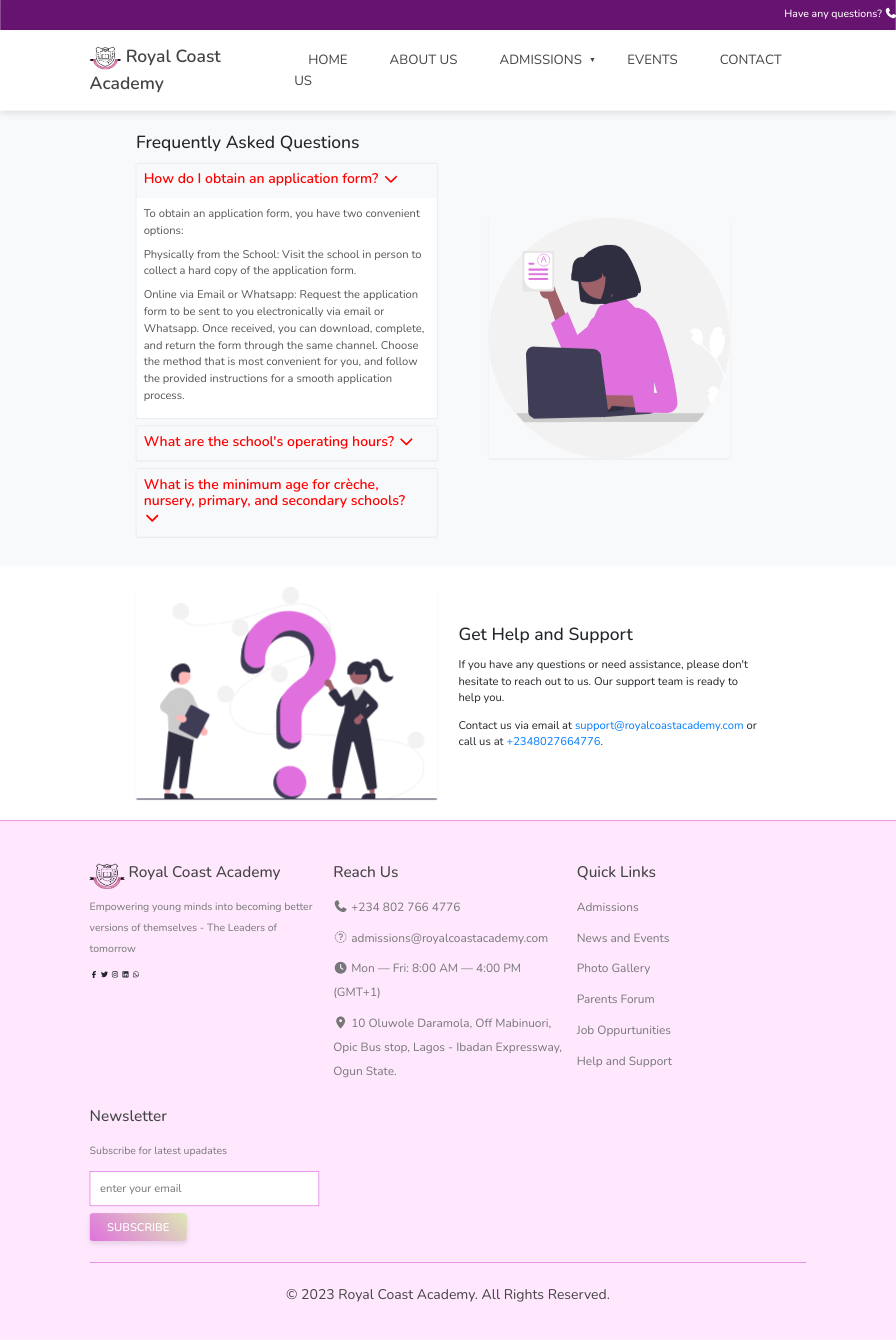
Repository: AdeniranZion/RC-Academy
Page: http://localhost/faq.php
An editor plug-in stored every save of this project. The page is shown before and after the next save, followed by the edit.
The browser window is 1280 px wide. The pictures show the whole page, at 70% of full size.
Some web libraries are served in a nearby version. The page is run by PHP 8.4 with error messages shown; the project is at /var/www/html/.

Above is the page before, as saved 2024-06-24 07:30:44.
Console error: TypeError: Cannot set properties of null (setting 'onclick')

After the next save:
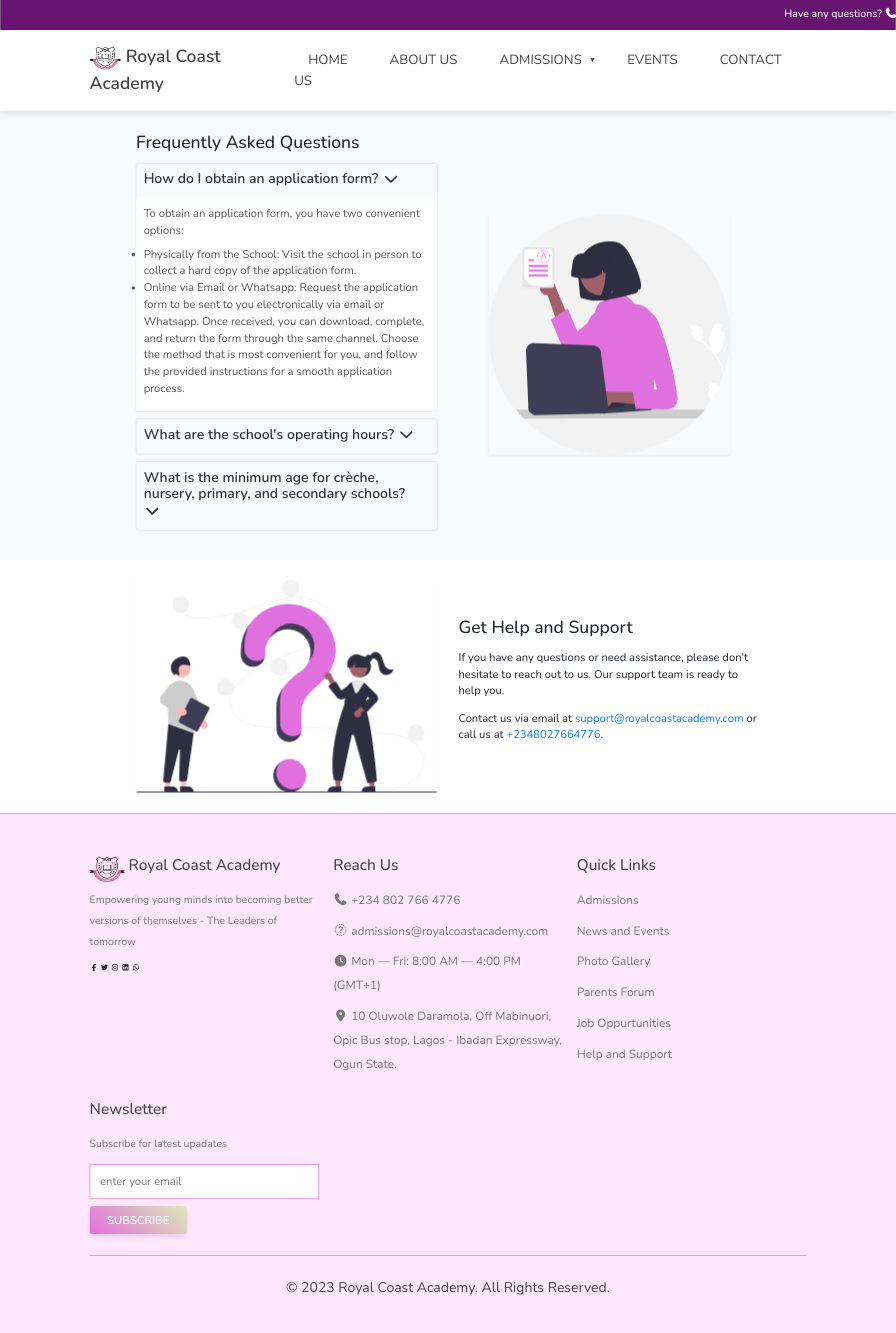
Saved 2 min 27 s later.
--- a/faq.php
+++ b/faq.php
@@ -10,7 +10,7 @@
 
     .accordion-button {
         background-color: #f8f9fa; /* Background color of accordion headers */
-        color: red; /* Text color of accordion headers */
+        color: #333; /* Text color of accordion headers */
         border: none; /* Remove default border */
         border-radius: 0; /* Ensure no rounded corners */
         padding: 1rem 3rem 1rem 1rem; /* Padding around accordion button */
@@ -19,10 +19,6 @@
         font-weight: 600; /* Bold font weight */
         position: relative; /* Position relative for icon */
         transition: background-color 0.3s ease; /* Smooth transition for background color */
-    }
-
-    .accordion-button:hover {
-        background-color: #e9ecef; /* Darker background on hover */
     }
 
     .accordion-button i {
@@ -57,7 +53,7 @@
                     <div class="accordion" id="accordionPanelsStayOpenExample">
                         <div class="accordion-item">
                             <h2 class="accordion-header">
-                                <button class="accordion-button" type="button" data-bs-toggle="collapse" data-bs-target="#panelsStayOpen-collapseOne" aria-expanded="true" aria-controls="panelsStayOpen-collapseOne">
+                                <button class="accordion-button" type="button" data-bs-toggle="collapse" data-bs-target="#panelsStayOpen-collapseOne" aria-expanded="true" aria-controls="panelsStayOpen-collapseOne" data-bs-parent="#accordionPanelsStayOpenExample">
                                     How do I obtain an application form?
                                     <i class="fa-solid fa-chevron-down"></i>
                                 </button>
@@ -66,8 +62,8 @@
                                 <div class="accordion-body">
                                     <p>To obtain an application form, you have two convenient options:</p>
                                     <ul>
-                                        <p>Physically from the School: Visit the school in person to collect a hard copy of the application form.</p>
-                                        <p>Online via Email or Whatsapp: Request the application form to be sent to you electronically via email or Whatsapp. Once received, you can download, complete, and return the form through the same channel. Choose the method that is most convenient for you, and follow the provided instructions for a smooth application process.</p>
+                                        <li>Physically from the School: Visit the school in person to collect a hard copy of the application form.</li>
+                                        <li>Online via Email or Whatsapp: Request the application form to be sent to you electronically via email or Whatsapp. Once received, you can download, complete, and return the form through the same channel. Choose the method that is most convenient for you, and follow the provided instructions for a smooth application process.</li>
                                     </ul>
                                 </div>
                             </div>
@@ -75,7 +71,7 @@
 
                         <div class="accordion-item">
                             <h2 class="accordion-header">
-                                <button class="accordion-button collapsed" type="button" data-bs-toggle="collapse" data-bs-target="#panelsStayOpen-collapseTwo" aria-expanded="false" aria-controls="panelsStayOpen-collapseTwo">
+                                <button class="accordion-button collapsed" type="button" data-bs-toggle="collapse" data-bs-target="#panelsStayOpen-collapseTwo" aria-expanded="false" aria-controls="panelsStayOpen-collapseTwo" data-bs-parent="#accordionPanelsStayOpenExample">
                                     What are the school's operating hours?
                                     <i class="fa-solid fa-chevron-down"></i>
                                 </button>
@@ -89,7 +85,7 @@
 
                         <div class="accordion-item">
                             <h2 class="accordion-header">
-                                <button class="accordion-button collapsed" type="button" data-bs-toggle="collapse" data-bs-target="#panelsStayOpen-collapseThree" aria-expanded="false" aria-controls="panelsStayOpen-collapseThree">
+                                <button class="accordion-button collapsed" type="button" data-bs-toggle="collapse" data-bs-target="#panelsStayOpen-collapseThree" aria-expanded="false" aria-controls="panelsStayOpen-collapseThree" data-bs-parent="#accordionPanelsStayOpenExample">
                                     What is the minimum age for crèche, nursery, primary, and secondary schools?
                                     <i class="fa-solid fa-chevron-down"></i>
                                 </button>
